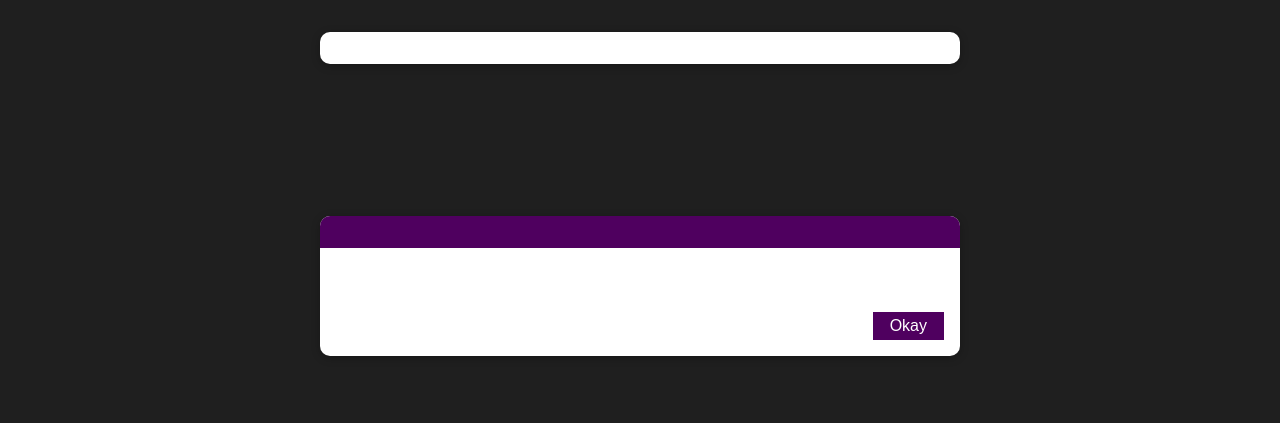
Repository: wenxi0504/React-userInput
Page: /
The author's editor kept a copy of each file at every save. The page is drawn from the files as they stood at one save, then again after the next save.
The browser window is 1280 px wide. The pictures show the whole page.
The project was rebuilt for these pictures with package versions that can differ from the ones it lists, and the page was loaded fresh each time.

Above is the page before, as saved 2022-06-01 00:49:27.

### src/index.css
* {
  box-sizing: border-box;
}

html {
  font-family: sans-serif;
  background:#1f1f1f ;

}

body {
  margin: 0;
}

### src/App.js
import React, { useState } from "react";

import AddUser from "./components/Users/AddUser";
import UsersList from "./components/Users/UsersList";
function App() {
  const [usersList, setUsersList] = useState([]);
  const addUserHandler = (uName, uAge) => {
    setUsersList((preUsersList) => {
      return [
        ...preUsersList,
        { name: uName, age: uAge, id: Math.random().toString() },
      ];
    });
  };

  return (
    <div>
      <AddUser onAddUser={addUserHandler} />
      <UsersList users={usersList} />
    </div>
  );
}

export default App;

### src/components/Users/AddUser.js
import React, { useState } from "react";
import Card from "../UI/Card";
import Button from "../UI/Button";
import classes from "./AddUser.module.css";
import ErrorModel from "../UI/ErrorModel";

const AddUser = (props) => {
  // enteredUser is the latest snapshot of the state
  const [enteredUsername, setEnterUsername] = useState("");
  const [enteredAge, setEnterAge] = useState("");

  const addUserHandler = (event) => {
    event.preventDefault();
    if (enteredUsername.trim().length === 0 || enteredAge.trim().length === 0) {
      return;
    }
    if (+enteredAge < 1) {
      return;
    }
    // lifting the state up to the parent component
    props.onAddUser(enteredUsername, enteredAge);

    //console.log(enteredUsername, enteredAge);
    setEnterUsername("");
    setEnterAge("");
  };

  const usernameChangeHandler = (event) => {
    setEnterUsername(event.target.value);
  };

  const ageChangeHandler = (event) => {
    setEnterAge(event.target.value);
  };

  // addUserHandler()means call immediately value是双向绑定使value为最新的值
  return (
    <ErrorModel>
      <Card className={classes.input}>
        <form onSubmit={addUserHandler}>
          <label htmlFor="username">Username</label>
          <input
            id="username"
            name="username"
            type="text"
            value={enteredUsername}
            onChange={usernameChangeHandler}
          />
          <label htmlFor="age">Age (Years)</label>
          <input
            id="age"
            type="number"
            value={enteredAge}
            name="age"
            onChange={ageChangeHandler}
          />
          <Button type="submit">Add User</Button>
        </form>
      </Card>
    </ErrorModel>
  );
};

export default AddUser;

### src/components/UI/Card.js
import React from "react";
import classes from "./Card.module.css";

//props.children is the content of the Card component
const Card = (props) => {
  return (
    <div className={`${classes.card} ${props.className}`}>{props.children}</div>
  );
};

export default Card;

### src/components/UI/ErrorModel.js
import React from "react";
import Card from "./Card";
import Button from "./Button";
import classes from "./ErrorModel.module.css";

const ErrorModel = (props) => {
  return (
    <Card className={classes.modal}>
      <header className={classes.header}>
        <h2>{props.title}</h2>
      </header>
      <div className={classes.content}>
        <p>{props.message}</p>
      </div>
      <footer className={classes.actions}>
        <Button>Okay</Button>
      </footer>
    </Card>
  );
};

export default ErrorModel;

### src/components/UI/Card.module.css
.card{
    background-color: #fff;
    box-shadow: 0 2px 8px rgba(0, 0, 0, 0.26);
    border-radius: 10px;
}

Loaded but not shown: src/index.js (common file); src/components/Users/UsersList.js (common file); src/components/UI/Button.js (common file); src/components/Users/UsersList.module.css (common file); src/components/UI/Button.module.css (common file); src/components/UI/ErrorModel.module.css (common file); src/components/Users/AddUser.module.css (common file)

After the next save:
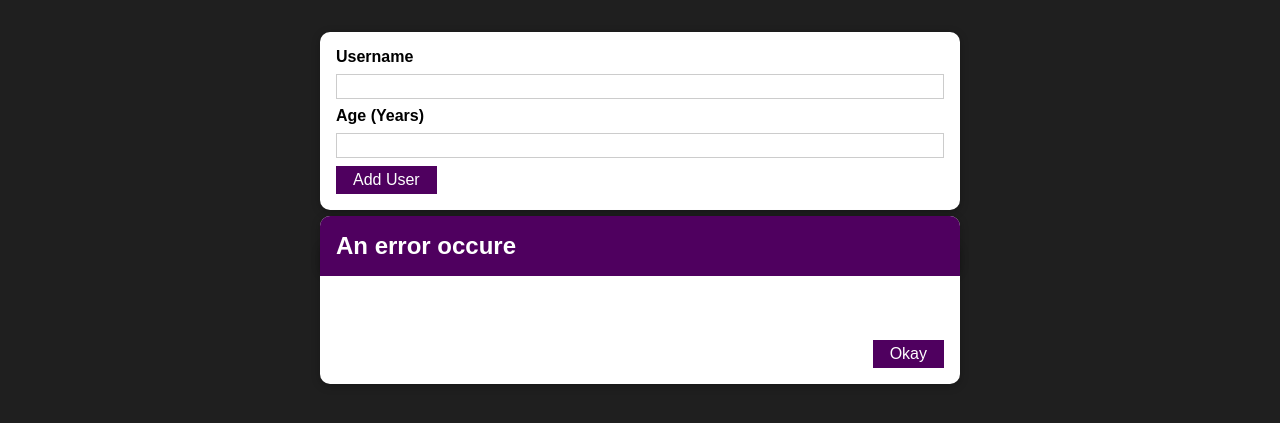
Saved 101 s later.
--- a/src/components/Users/AddUser.js
+++ b/src/components/Users/AddUser.js
@@ -35,7 +35,8 @@ const AddUser = (props) => {
 
   // addUserHandler()means call immediately value是双向绑定使value为最新的值
   return (
-    <ErrorModel>
+    <div>
+      <ErrorModel title="An error occure" message="" />
       <Card className={classes.input}>
         <form onSubmit={addUserHandler}>
           <label htmlFor="username">Username</label>
@@ -57,7 +58,7 @@ const AddUser = (props) => {
           <Button type="submit">Add User</Button>
         </form>
       </Card>
-    </ErrorModel>
+    </div>
   );
 };
 
